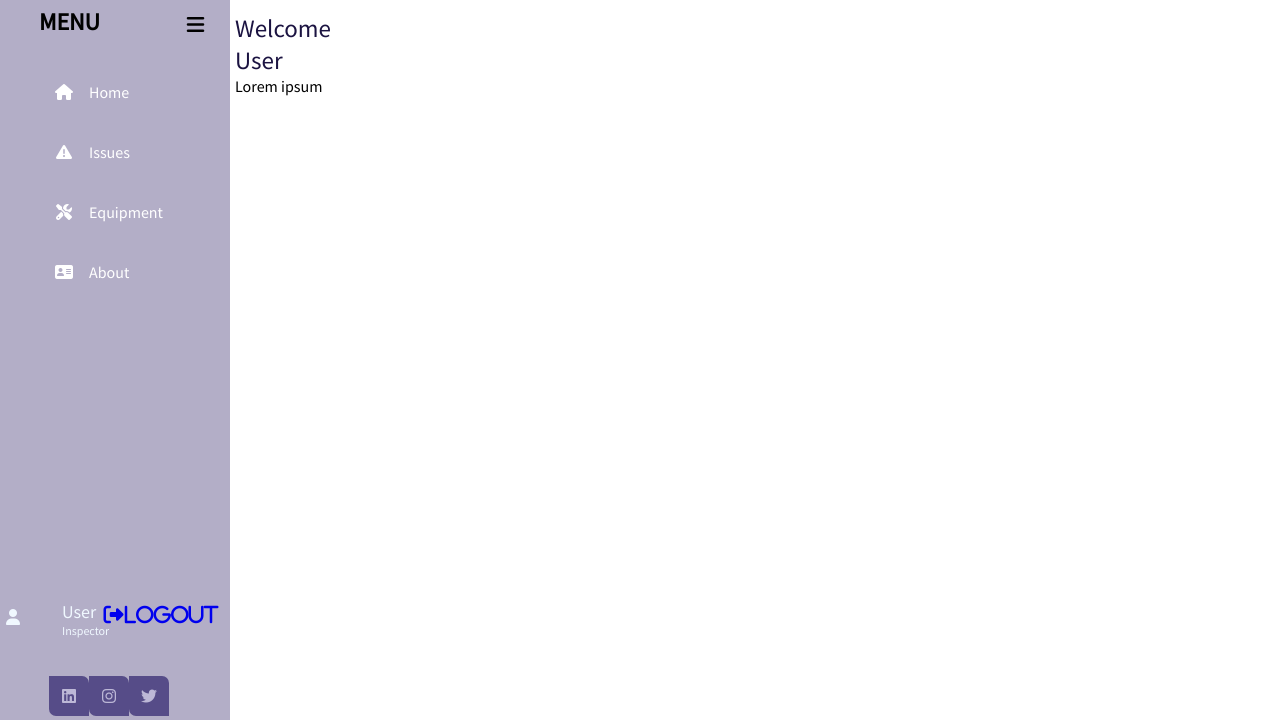
Repository: Lungdjos/ZescoIssueTS
Page: zits/src/main/resources/templates/about_us.html
The author's editor kept a copy of each file at every save. The page is drawn from the files as they stood at one save, then again after a run of saves.
The browser window is 1280 px wide. The pictures show the whole page.
Some web libraries are served in a nearby version.

Above is the page before, as saved 2021-07-10 04:39:49.

### zits/src/main/resources/templates/about_us.html
<!DOCTYPE html>
<html lang="en">

<head>
    <meta charset="UTF-8">
    <meta http-equiv="X-UA-Compatible" content="IE=7">
    <meta name="viewport" content="width=device-width, initial-scale=1.0">
    <title>About Us Page</title>
    <link rel="stylesheet" href="/css/styles.css">

    <script src="https://kit.fontawesome.com/953cd41e6c.js" crossorigin="anonymous"></script>
</head>

<body>
    <div class="wrapper">
        <div class="sidebar">
            <div class="logo_content">
                <div class="logo">
                    <h2>Menu</h2>
                </div>
                <i class="fas fa-bars" id="btn"></i>
            </div>


            <ul class="nav_list">

                <li>
                    <a href="#"><i class="fas fa-home"></i><span class="links_name"> Home</span></a>
                </li>
                <li>
                    <a href="#"><i class="fas fa-exclamation-triangle"></i><span class="links_name"> Issues</span></a>
                </li>
                <li>
                    <a href="#"><i class="fas fa-tools"></i><span class="links_name"> Equipment</span></a>
                </li>
                <li>
                    <a href="#"><i class="fas fa-address-card"></i><span class="links_name"> About</span></a>
                </li>

                <div class="social_media">
                    <a href="#"><i class="fab fa-linkedin"></i></a>
                    <a href="#"><i class="fab fa-instagram"></i></a>
                    <a href="#"><i class="fab fa-twitter"></i></a>
                </div>
            </ul>
            <div class="profile_content">
                <div class="profile">
                    <div class="profile_details">
                        <i class="fas fa-user"></i>
                        <div class="role_title">
                            <div class="name">User</div>
                            <div class="role">Inspector</div>
                        </div>
                    </div>
                    <a href="#"><i class="fas fa-sign-out-alt" id="log_out">Logout</i></a>
                </div>
            </div>
            <div class="main_content">
                <div class="header">Welcome User</div>
                <div class="info">Lorem ipsum</div>
            </div>
        </div>
        <h2 style="color: black;">The About Page</h2>
    </div>





</body>

</html>

### zits/src/main/resources/templates/css/styles.css
@import url('https://fonts.googleapis.com/css2?family=Source+Sans+Pro&display=swap');
* {
    margin: 0;
    padding: 0;
    box-sizing: border-box;
    list-style: none;
    text-decoration: none;
    font-family: Source Sans Pro;
}

body {
    position: relative;
    min-height: 100vh;
    width: 100%;
    overflow: hidden;
}

.wrapper {}


/**Side Bar Props*/

.sidebar {
    position: fixed;
    top: 0;
    left: 0;
    height: 100%;
    width: 230px;
    background: #b3aec7;
    padding: 6px 14px;
}

.social_media {
    position: absolute;
    bottom: 4px;
    left: 50%;
    display: flex;
    transform: translateX(-55%);
}

.social_media a {
    display: block;
    width: 40px;
    background: #564c88;
    height: 40px;
    line-height: 40px;
    text-align: center;
    margin: 0, 5px;
    color: #bdb8d7;
    border-top-right-radius: 7px;
    border-bottom-left-radius: 7px;
}

.logo_content .logo {
    margin-right: 5px;
}

.sidebar h2 {
    text-transform: uppercase;
    margin-bottom: 30px;
    margin-left: 25px;
}

.sidebar #btn {
    position: absolute;
    color: #000;
    left: 85%;
    top: 5px;
    font-size: 20px;
    height: 40px;
    width: 40px;
    text-align: center;
    line-height: 40px;
    transform: translateX(-50%);
}

.sidebar ul {
    margin: 20px;
}

.sidebar ul li {
    position: relative;
    height: 60px;
    width: 110%;
    margin: 0 5px;
    list-style: none;
    line-height: 50px;
}

.sidebar ul li a {
    color: #fff;
    display: flex;
    align-items: center;
    text-decoration: none;
    transition: all 0.35s ease;
    border-radius: 12px;
}

.sidebar ul li a .links_name {
    posi
}

.sidebar ul li a:hover {
    color: green;
    background: orange;
}

.sidebar ul li a .fas {
    height: 50px;
    min-width: 50px;
    border-radius: 12px;
    line-height: 50px;
    text-align: center;
}

.sidebar .profile_content {
    position: absolute;
    color: aliceblue;
    left: 0;
    bottom: 80px;
    width: 100%;
}

.sidebar .profile_content .profile {
    position: relative;
    padding: 10px 6px;
    height: 50px;
}

.sidebar .profile_content .profile:hover {
    background: greenyellow;
    color: #000;
}

.sidebar .profile_content .profile .profile_details {
    display: flex;
    align-items: center;
}

.profile .profile_details .fas {
    height: 20px;
    width: 50px;
    object-fit: cover;
}

.profile .profile_details .role_title {
    margin-left: 6px;
}

.profile .profile_details .name {
    font-size: 18px;
    font-weight: 400;
}

.profile .profile_details .role {
    font-size: 12px;
    font-weight: 200;
}

.profile #log_out {
    position: absolute;
    left: 70%;
    bottom: 0.01em;
    transform: translateX(-50%);
    transform: rotateY('180');
    min-width: 50px;
    line-height: 50px;
    font-size: 20px;
    border-radius: 12px;
}

.profile #log_out:hover {
    color: red;
}

.main_content {
    top: 0;
    position: absolute;
    height: 100%;
    width: calc(100%-235);
    left: 235px;
}

.main_content .header {
    margin-top: 12px;
    color: #1b1341;
    font-weight: 500;
    font-size: 25px;
}

After the next 2 saves:
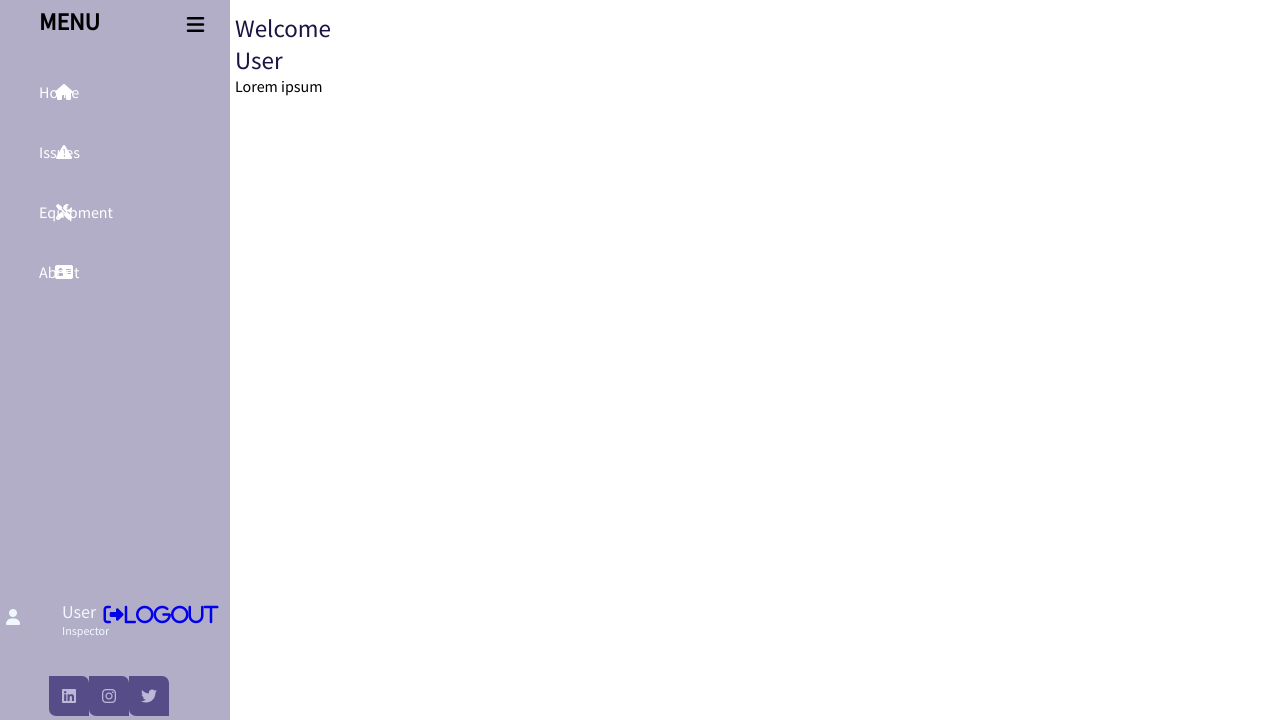
The 2 saves are shown as one change because they came seconds apart.
The last was saved 8 s later.
--- a/zits/src/main/resources/templates/css/styles.css
+++ b/zits/src/main/resources/templates/css/styles.css
@@ -97,7 +97,7 @@
 }
 
 .sidebar ul li a .links_name {
-    posi
+    position: absolute;
 }
 
 .sidebar ul li a:hover {
